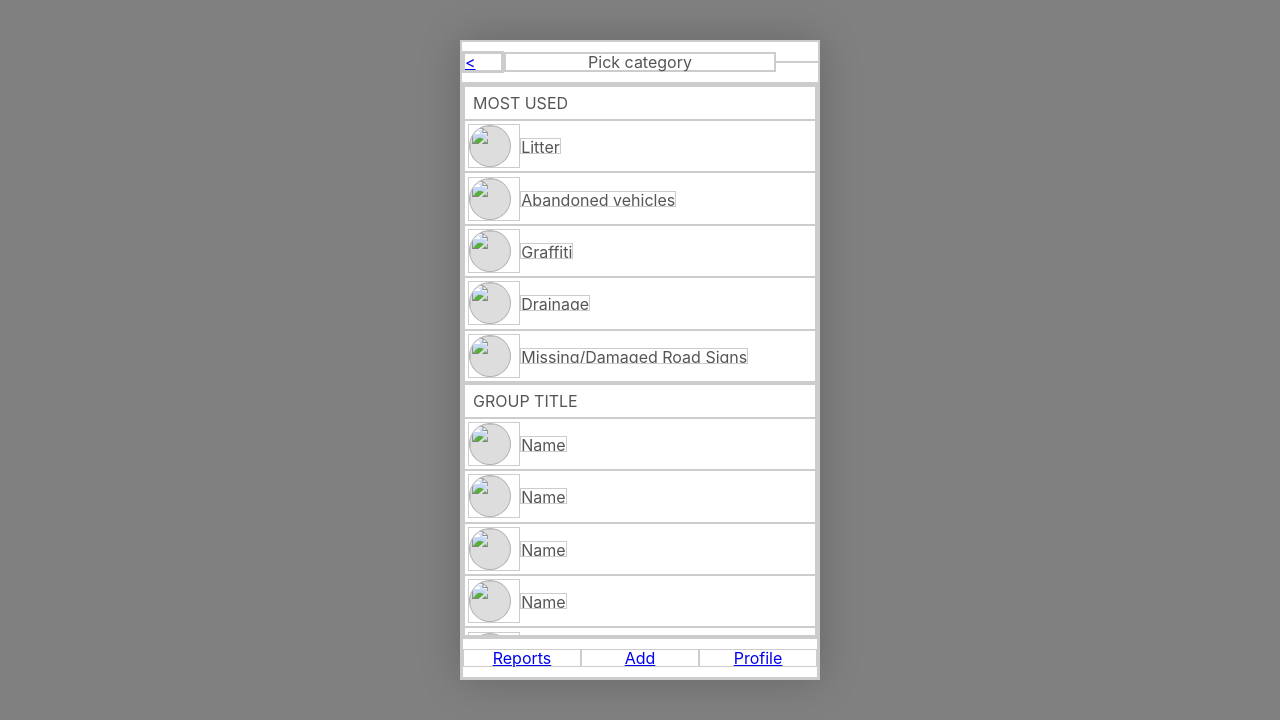
Repository: aleksandrenko/html-css-playground
Page: add report.html
An editor plug-in stored every save of this project. The page is shown before and after a run of saves, followed by the edit.
The browser window is 1280 px wide. The pictures show the whole page.

Above is the page before, as saved 2018-01-19 14:41:40.

After the next 3 saves:
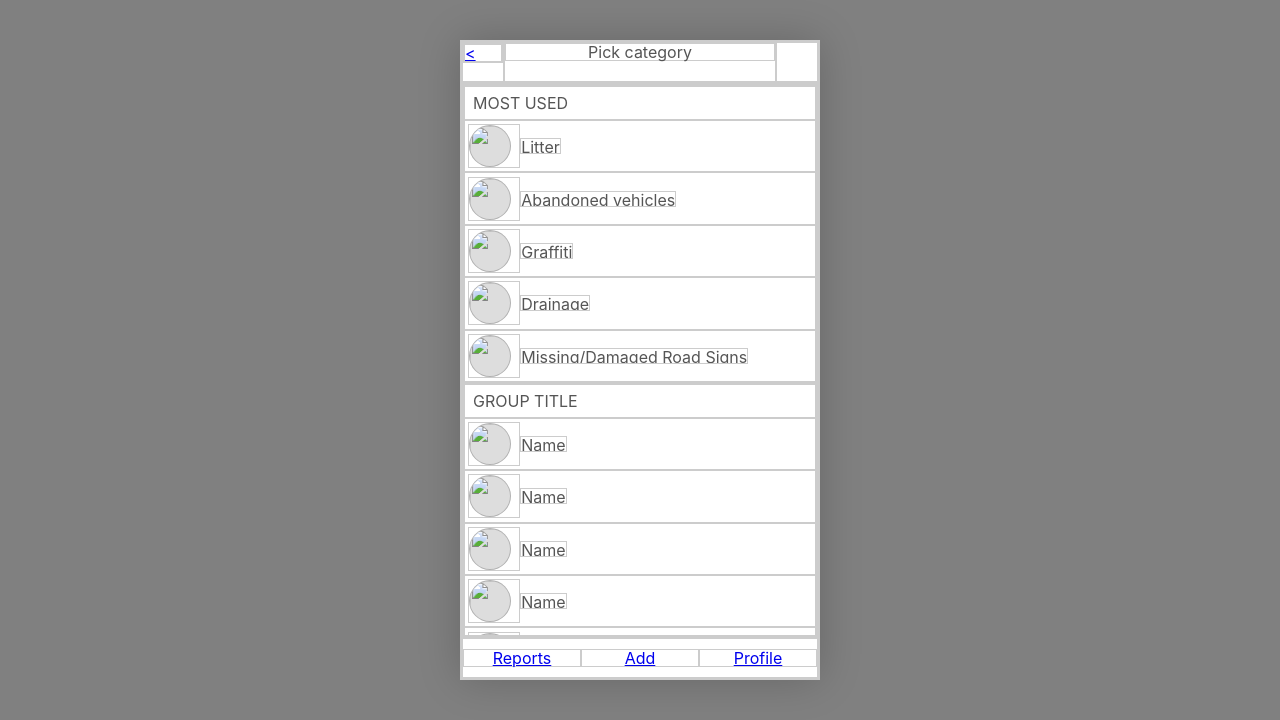
The 3 saves are shown as one change because they came seconds apart.
The last was saved 29 s later.
--- a/css/layout.css
+++ b/css/layout.css
@@ -17,12 +17,10 @@ app header {
 
 app header left {
   width: 42px;
-  align-self: center;
 }
 
 app header middle {
   flex: 1;
-  align-self: center;
 }
 
 app header middle page-name {
@@ -31,7 +29,6 @@ app header middle page-name {
 
 app header right {
   width: 42px;
-  align-self: center;
 }
 
 /* app main */
